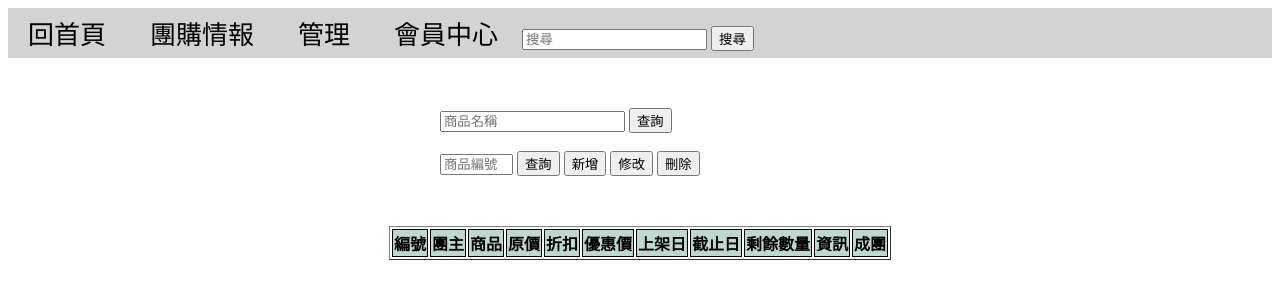
Repository: irlmpbfhvf2009/2021-09-17-Pro2-MVC
Page: http://localhost/Groupon/Manage.jsp
The author's editor kept a copy of each file at every save. The page is drawn from the files as they stood at one save, then again after the next save.
The browser window is 1280 px wide. The pictures show the whole page.
The page is served by Tomcat 9. Queries for data that is not in the repository find no rows.

Above is the page before, as saved 2021-09-15 07:16:57.

After the next save:
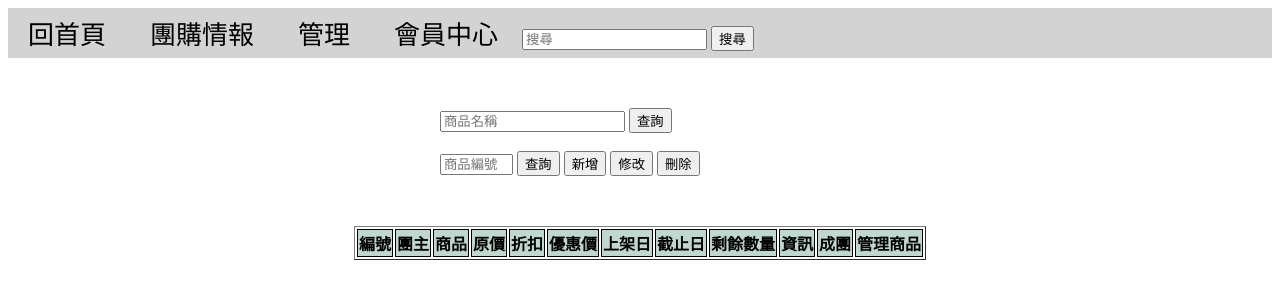
Saved 3 min 11 s later.
--- a/Groupon/src/main/webapp/Manage.jsp
+++ b/Groupon/src/main/webapp/Manage.jsp
@@ -44,6 +44,7 @@
         <th>剩餘數量</th>
         <th>資訊</th>
         <th>成團</th>
+        <th>管理商品</th>
     <c:forEach var="row" items="${rs.rows}" varStatus="c">
         <tr>
     <td>${row.id}</td>
@@ -57,6 +58,7 @@
     <td>${row.quantity}</td>
     <td><a href="">商品</a></td>
     <td>${row.state}</td>
+    <td><input type="button" value="刪除商品" ></td>
     </tr>
     </c:forEach>
     </table>
